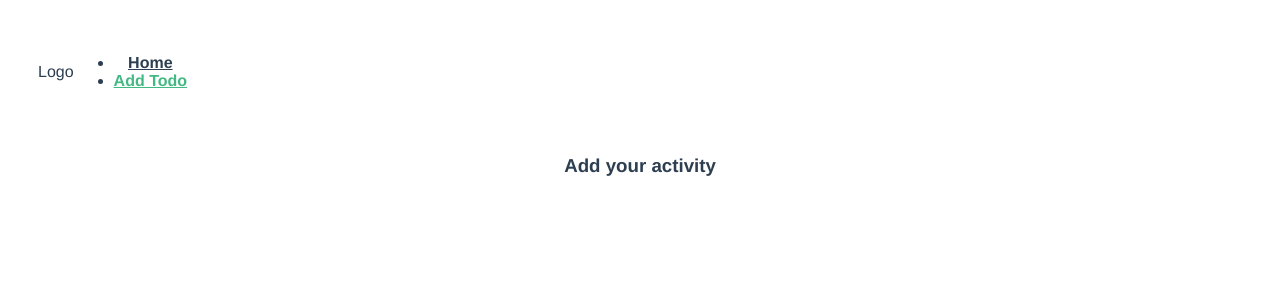
Repository: adisamicheal/academy-vuex-todo
Page: /add-todo
The author's editor kept a copy of each file at every save. The page is drawn from the files as they stood at one save, then again after the next save.
The browser window is 1280 px wide. The pictures show the whole page.
The project was rebuilt for these pictures with package versions that can differ from the ones it lists, and the page was loaded fresh each time. Also part of the build but not shown: src/views/Home.vue.

Above is the page before, as saved 2021-11-01 10:30:49.

### src/App.vue
<template>
  <div id="app">
    <div id="nav">
      <Navigation />
    </div>
    <router-view/>
  </div>
</template>

<script>
import Navigation from '@/components/Navigation.vue'

export default {
  components: {
    Navigation
  }
}
</script>

<style>
#app {
  font-family: Avenir, Helvetica, Arial, sans-serif;
  -webkit-font-smoothing: antialiased;
  -moz-osx-font-smoothing: grayscale;
  text-align: center;
  color: #2c3e50;
}

#nav {
  padding: 30px;
}

#nav a {
  font-weight: bold;
  color: #2c3e50;
}

#nav a.router-link-exact-active {
  color: #42b983;
}
</style>

### src/router/index.js
import Vue from 'vue'
import VueRouter from 'vue-router'
import Home from '../views/Home.vue'

Vue.use(VueRouter)

const routes = [
  {
    path: '/',
    name: 'Home',
    component: Home
  },
  {
    path: '/about',
    name: 'About',
    // route level code-splitting
    // this generates a separate chunk (about.[hash].js) for this route
    // which is lazy-loaded when the route is visited.
    component: () => import(/* webpackChunkName: "about" */ '../views/About.vue')
  },
  {
    path: '/add-todo',
    name: 'AddTodo',
    component: () => import(/* webpackChunkName: "about" */ '../views/AddTodo.vue')
  }
]

const router = new VueRouter({
  mode: 'history',
  base: process.env.BASE_URL,
  routes
})

export default router

### src/components/Navigation.vue
<template>
  <nav>
      <div class="logo">
          Logo
      </div>
      <div>
          <ul>
              <li><router-link to="/">Home</router-link> </li>
              <li><router-link to="/add-todo">Add Todo</router-link> </li>
              <!-- <li><router-link to="/">Home</router-link> </li> -->
          </ul>
      </div>
  </nav>
</template>

<script>
export default {

}
</script>

<style scoped>
nav {
    display: flex;
    align-items: center;
}
</style>

### src/views/AddTodo.vue
<template>
  <div>
      <h3>Add your activity</h3>
  </div>
</template>

<script>
export default {

}
</script>

<style>

</style>

Loaded but not shown: public/index.html (common file); src/main.js (common file); src/store/index.js (common file)

After the next save:
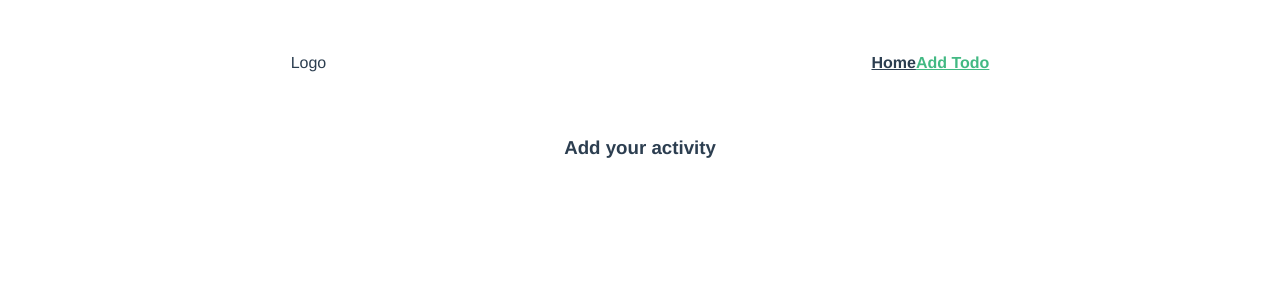
Saved 45 s later.
--- a/src/components/Navigation.vue
+++ b/src/components/Navigation.vue
@@ -23,5 +23,11 @@ export default {
 nav {
     display: flex;
     align-items: center;
+    justify-content: space-around;
+}
+ul {
+    list-style: none;
+    display: flex;
+    align-items: center;
 }
 </style>
